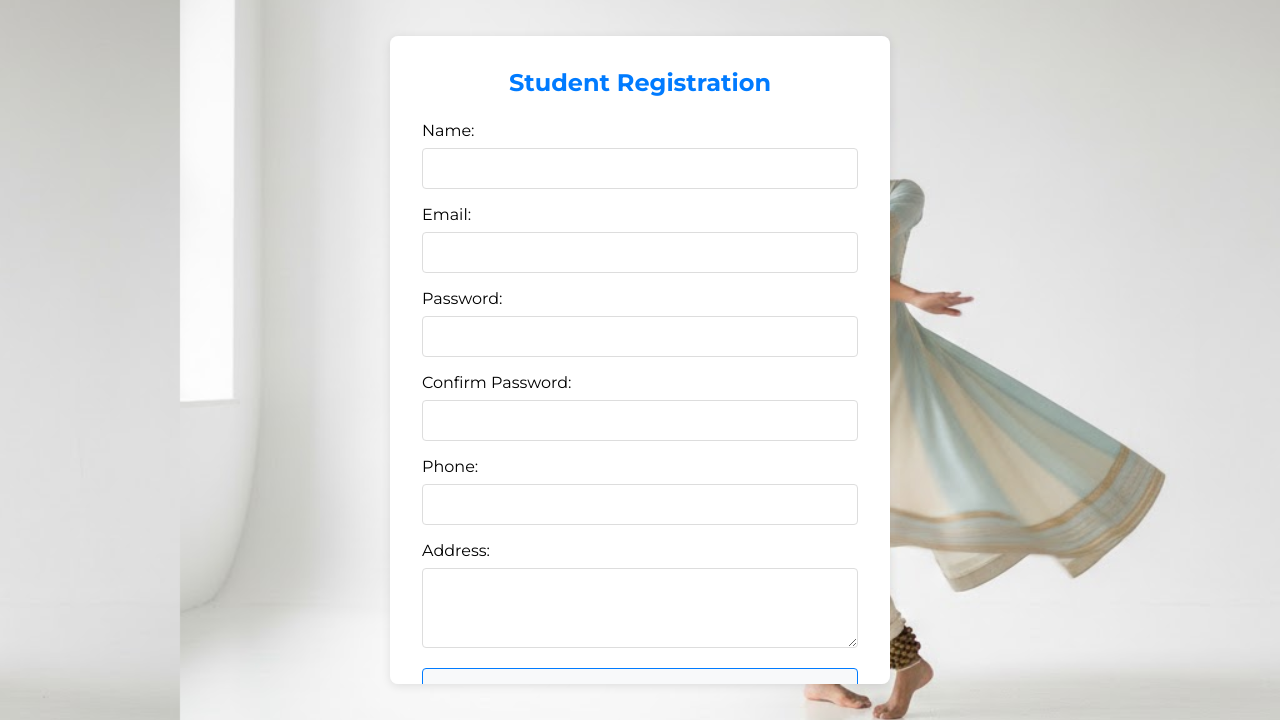
Repository: Priyadharshini-J-CSE/StepSync_Dance_Mangement_System
Page: /user-register (app in frontend/)
These files come from the project's save history. The page is drawn as it stood at one moment and after the next save; the edit follows.
The browser window is 1280 px wide. The pictures show the whole page.
An inner scrolling area shows only its first screen. Some web fonts or font styles are not loaded; a fallback is used. Some web libraries are served in a nearby version. The project was rebuilt for these pictures with package versions that can differ from the ones it lists, and the page was loaded fresh each time. Also part of the build but not shown: frontend/src/index.css, frontend/src/pages/LandingPage.js, frontend/src/components/Alert.js, frontend/src/pages/UserLogin.js, frontend/src/pages/AdminLogin.js, frontend/src/pages/AdminRegister.js, frontend/src/pages/ForgotPassword.js, frontend/src/components/Navbar.js and 17 more.

Above is the page before, as saved 2025-12-18 10:48:42.

After the next save:
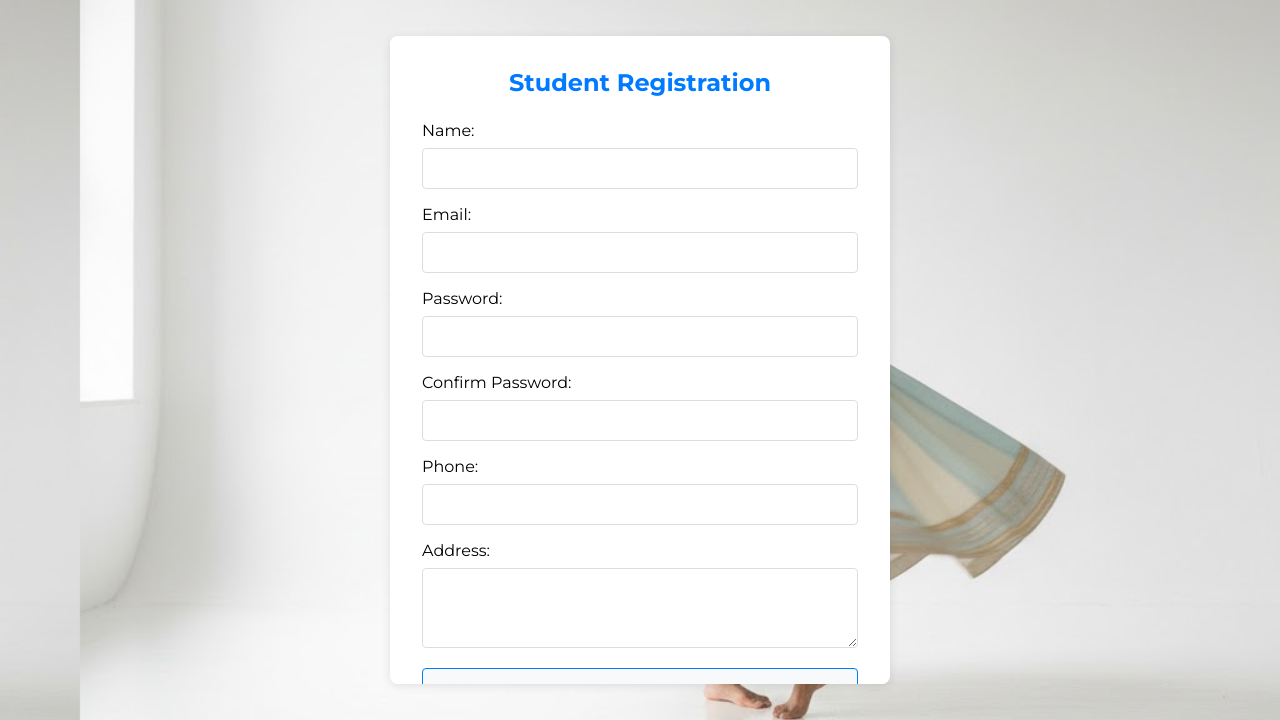
Saved 11 s later.
--- a/frontend/src/pages/UserRegister.js
+++ b/frontend/src/pages/UserRegister.js
@@ -65,7 +65,7 @@ const UserRegister = () => {
       padding: '1rem',
       backgroundImage: 'url(/image.jpg)',
       backgroundSize: 'cover',
-      backgroundPosition: 'bottom 30% right 1100px',
+      backgroundPosition: 'bottom 30% right 1200px',
       backgroundAttachment: 'fixed'
     }}>
       <form onSubmit={handleSubmit} style={{
